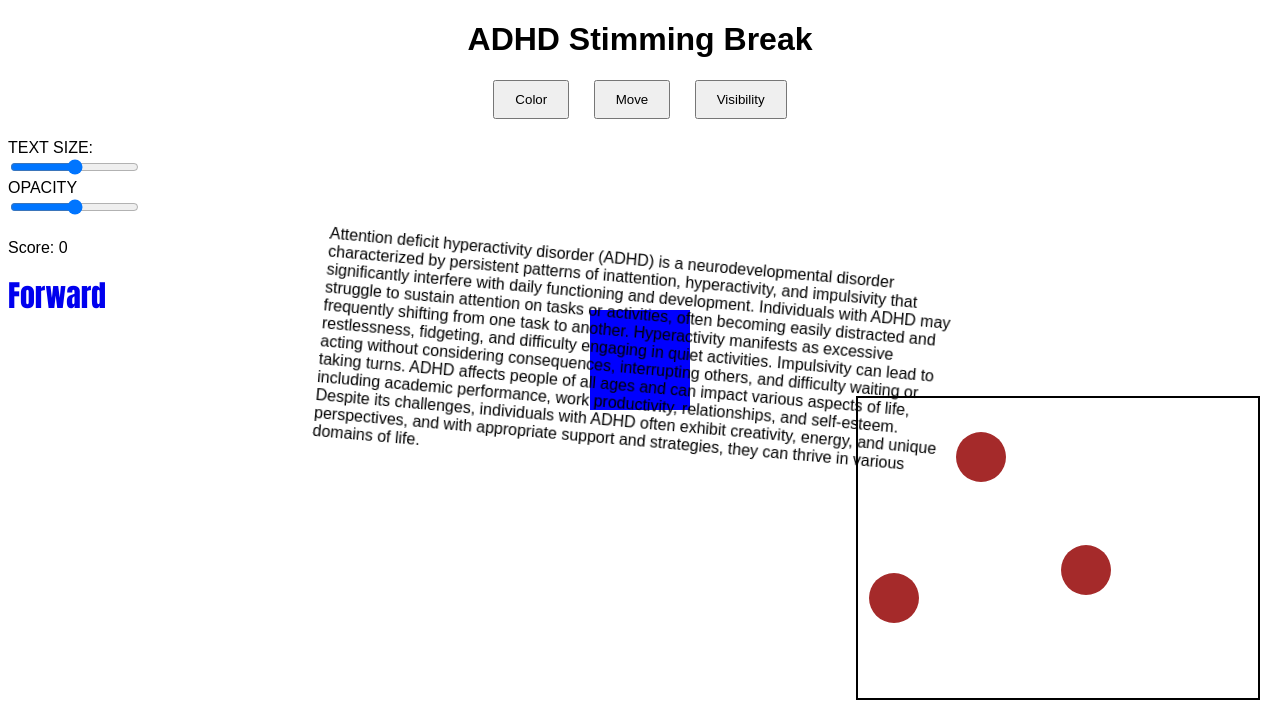
Repository: anderscederberg11/unhandledRuntimeError.json
Page: Henver/henver3.html
The author's editor kept a copy of each file at every save. The page is drawn from the files as they stood at one save, then again after the next save.
The browser window is 1280 px wide. The pictures show the whole page.

Above is the page before, as saved 2024-05-24 20:33:23.

After the next save:
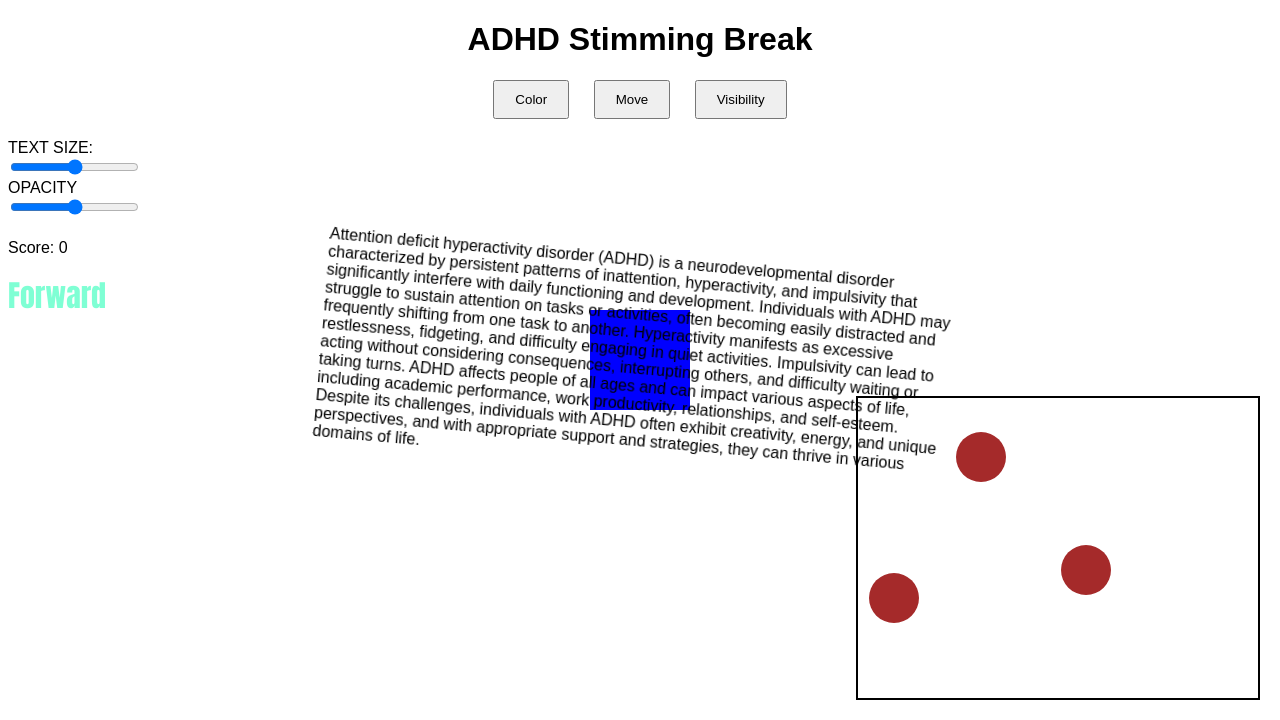
Saved 15 s later.
--- a/Henver/henver3.html
+++ b/Henver/henver3.html
@@ -40,7 +40,7 @@
        style=
       "font-family: Impact, Haettenschweiler, 'Arial Narrow Bold', sans-serif;
       font-size: 30px;
-      text-decoration: none;">Forward</a>
+      text-decoration: none; color: aquamarine;">Forward</a>
 
 <script>
     function changeColor() {
